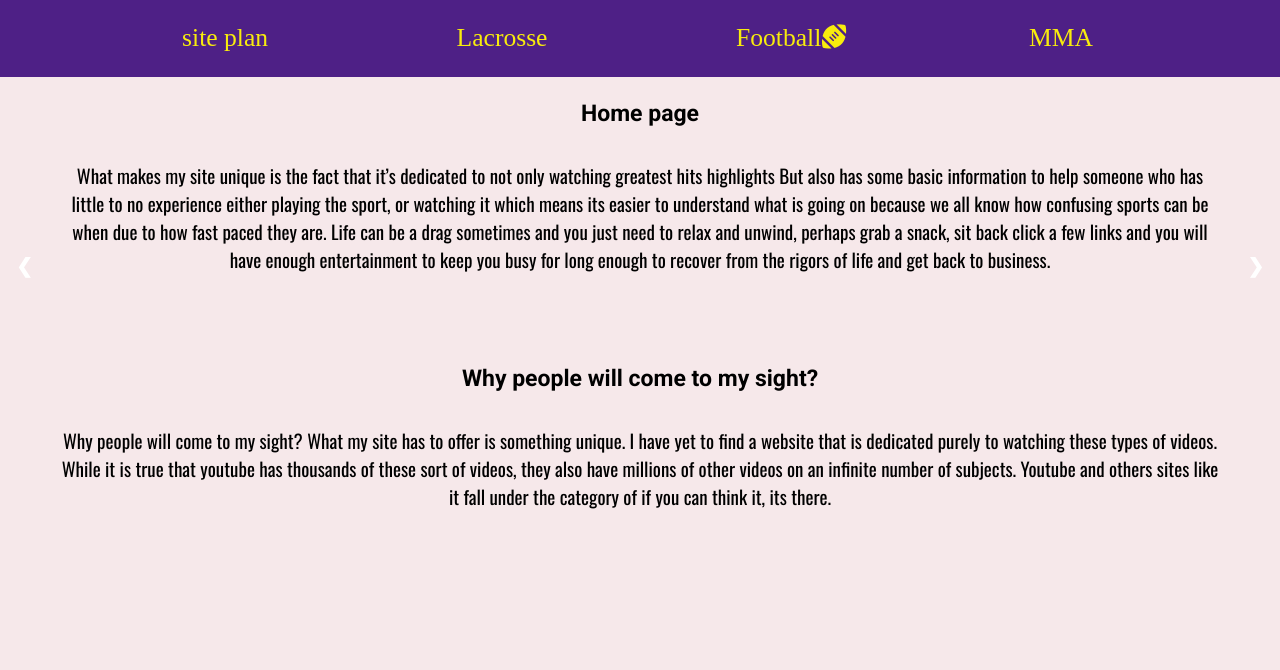
Repository: nak97/personal-site
Page: index.html
These files come from the project's save history. The page is drawn as it stood at one moment and after the next save; the edit follows.
The browser window is 1280 px wide. The pictures show the whole page.
Some icons come from a web library that is not loaded, so they are not drawn. Some web libraries are served in a nearby version.

Above is the page before, as saved 2023-03-27 13:31:15.

After the next save:
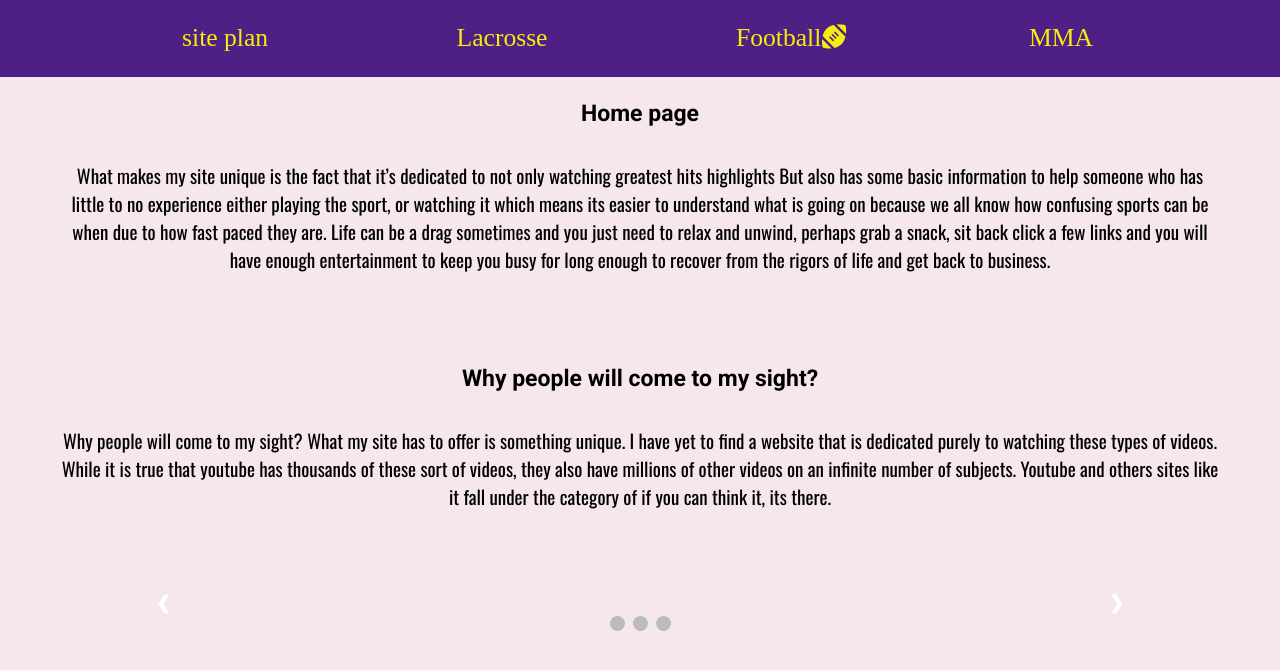
Saved 34 s later.
--- a/slide-show.css
+++ b/slide-show.css
@@ -1,10 +1,10 @@
-* {
-  box-sizing: border-box;
-}
+* {box-sizing:border-box}
 
-/* Position the image container (needed to position the left and right arrows) */
-.container-slideshow {
+/* Slideshow container */
+.slideshow-container {
+  max-width: 1000px;
   position: relative;
+  margin: auto;
 }
 
 /* Hide the images by default */
@@ -12,26 +12,20 @@
   display: none;
 }
 
-/* Add a pointer when hovering over the thumbnail images */
-.cursor {
-  cursor: pointer;
-}
-
 /* Next & previous buttons */
-.prev,
-.next {
+.prev, .next {
   cursor: pointer;
   position: absolute;
-  top: 40%;
+  top: 50%;
   width: auto;
+  margin-top: -22px;
   padding: 16px;
-  margin-top: -50px;
   color: white;
   font-weight: bold;
-  font-size: 20px;
+  font-size: 18px;
+  transition: 0.6s ease;
   border-radius: 0 3px 3px 0;
   user-select: none;
-  -webkit-user-select: none;
 }
 
 /* Position the "next button" to the right */
@@ -41,9 +35,19 @@
 }
 
 /* On hover, add a black background color with a little bit see-through */
-.prev:hover,
-.next:hover {
-  background-color: rgba(0, 0, 0, 0.8);
+.prev:hover, .next:hover {
+  background-color: rgba(0,0,0,0.8);
+}
+
+/* Caption text */
+.text {
+  color: #f2f2f2;
+  font-size: 15px;
+  padding: 8px 12px;
+  position: absolute;
+  bottom: 8px;
+  width: 100%;
+  text-align: center;
 }
 
 /* Number text (1/3 etc) */
@@ -55,32 +59,29 @@
   top: 0;
 }
 
-/* Container for image text */
-.caption-container {
-  text-align: center;
-  background-color: #222;
-  padding: 2px 16px;
-  color: white;
+/* The dots/bullets/indicators */
+.dot {
+  cursor: pointer;
+  height: 15px;
+  width: 15px;
+  margin: 0 2px;
+  background-color: #bbb;
+  border-radius: 50%;
+  display: inline-block;
+  transition: background-color 0.6s ease;
 }
 
-.row:after {
-  content: "";
-  display: table;
-  clear: both;
+.active, .dot:hover {
+  background-color: #717171;
 }
 
-/* Six columns side by side */
-.column {
-  float: left;
-  width: 16.66%;
+/* Fading animation */
+.fade {
+  animation-name: fade;
+  animation-duration: 1.5s;
 }
 
-/* Add a transparency effect for thumnbail images */
-.demo {
-  opacity: 0.6;
+@keyframes fade {
+  from {opacity: .4}
+  to {opacity: 1}
 }
-
-.active,
-.demo:hover {
-  opacity: 1;
-}
